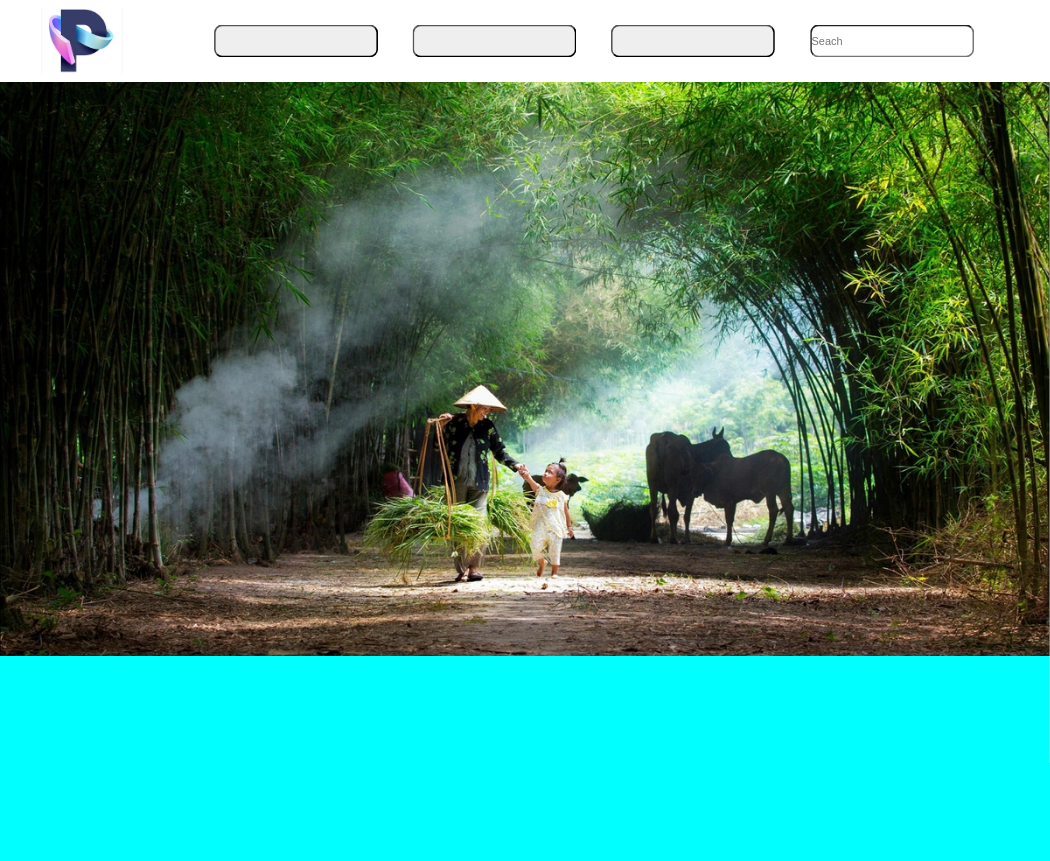
Repository: thinh909thinh/Thi
Page: index.html
The author's editor kept a copy of each file at every save. The page is drawn from the files as they stood at one save, then again after the next save.
The browser window is 1280 px wide. The pictures show the whole page, at 82% of full size.

Above is the page before, as saved 2022-05-13 08:58:42.

### index.html
<!DOCTYPE html>
<html lang="en">
<head>
    <meta charset="UTF-8">
    <meta http-equiv="X-UA-Compatible" content="IE=edge">
    <meta name="viewport" content="width=device-width, initial-scale=1.0">
    <link rel="stylesheet" href="main.css">
    <title>Document</title>
</head>
<body>
    <header>
        <div class="img">
            <img src="./img/logo.jpg" alt="">
        </div>
        <div class="btn_s">
            <button></button>
            <button></button>
            <button></button>
            <input type="text" placeholder="Seach">
        </div>
    </header>
    <section>
        <div class="imgbg">
            <img src="./img/gb.webp" alt="">
        </div>
        <div class="all_text">
            <div class="text"></div>
            <div class="text"></div>
            <div class="text"></div>
        </div>
    </section>
</body>
</html>

### main.css
*{
    padding: 0;
    margin: 0;
    box-sizing: border-box;
}
header{
    width: 100%;
    height: 100px;
    display: flex;
    justify-content: space-between;
    align-items: center;
}
.btn_s{
    width: 1200px;
    height: 100px;
    display: flex;
    justify-content: space-evenly;
    align-items: center;
    margin-right: 50px;

}
input{
    width: 200px;
    height: 40px;
    border-radius: 10px;
}
.img{
    width: 200px;
    height: 80px;
    margin-left: 50px;
}
.img img{
    width: 100px;
    height: 100%;
    object-fit: cover;
}
button{
    width: 200px;
    height: 40px;
    border-radius: 10px;
}
.imgbg{
    width: 100%;
    height: 700px;
}
.imgbg img{
    width: 100%;
    height: 100%;
    object-fit: cover;
}
.all_text{
    width: 100%;
    height: 250px;
    background-color: aqua;
}

After the next save:
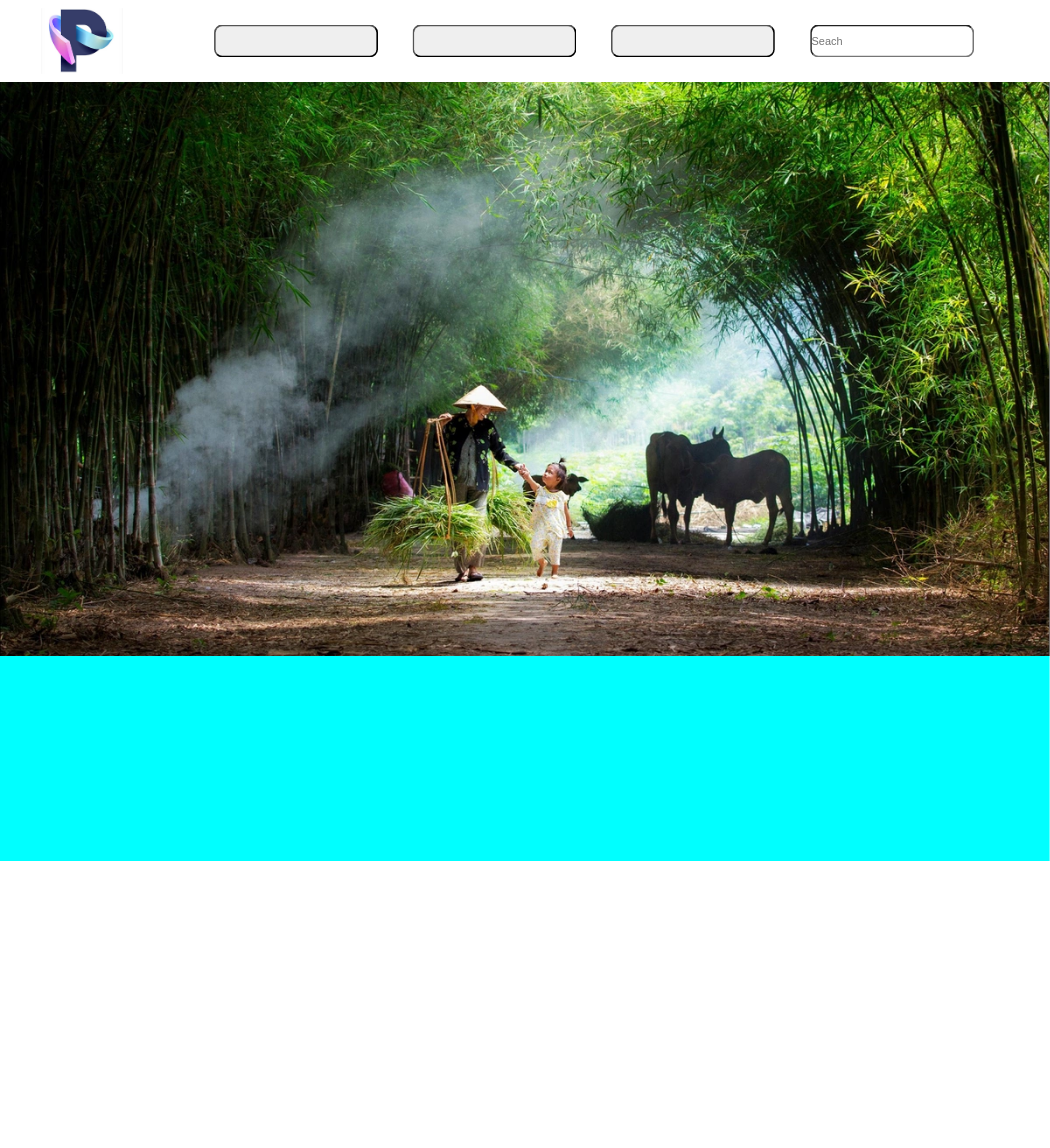
Saved 104 s later.
--- a/main.css
+++ b/main.css
@@ -53,3 +53,7 @@
     height: 250px;
     background-color: aqua;
 }
+.all_text .text{
+    width: 30%;
+    height: 200px;
+}
